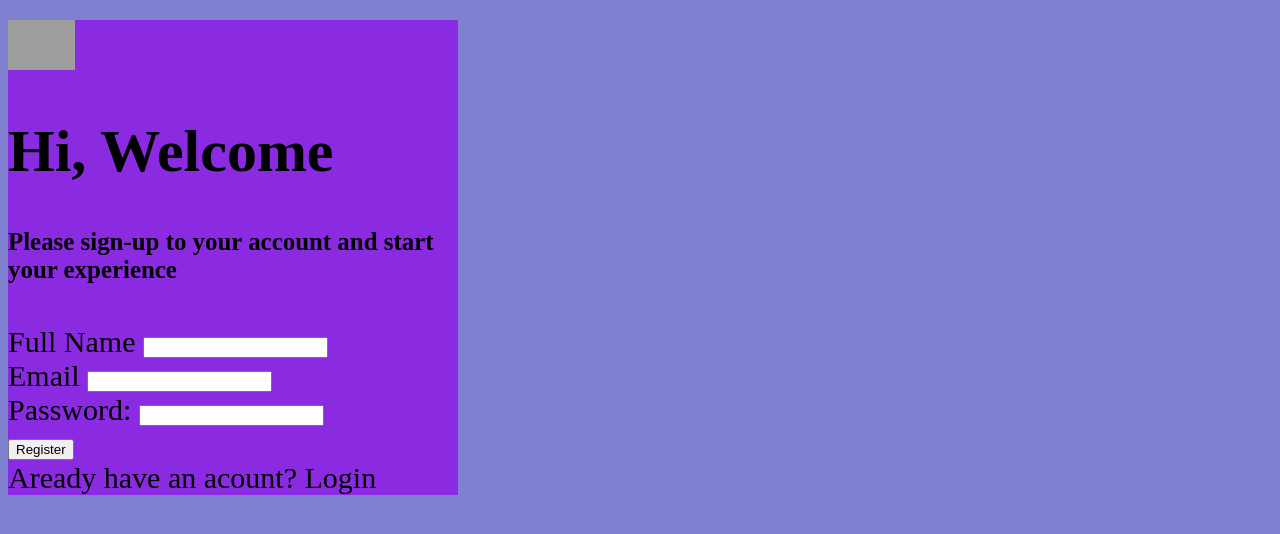
Repository: KingBoyMaylow/movie-task
Page: index.html
These files come from the project's save history. The page is drawn as it stood at one moment and after a run of saves; the edit follows.
The browser window is 1280 px wide. The pictures show the whole page.
Pictures or frames that could not be fetched are drawn as grey boxes.

Above is the page before, as saved 2024-05-18 17:16:25.

After the next 2 saves:
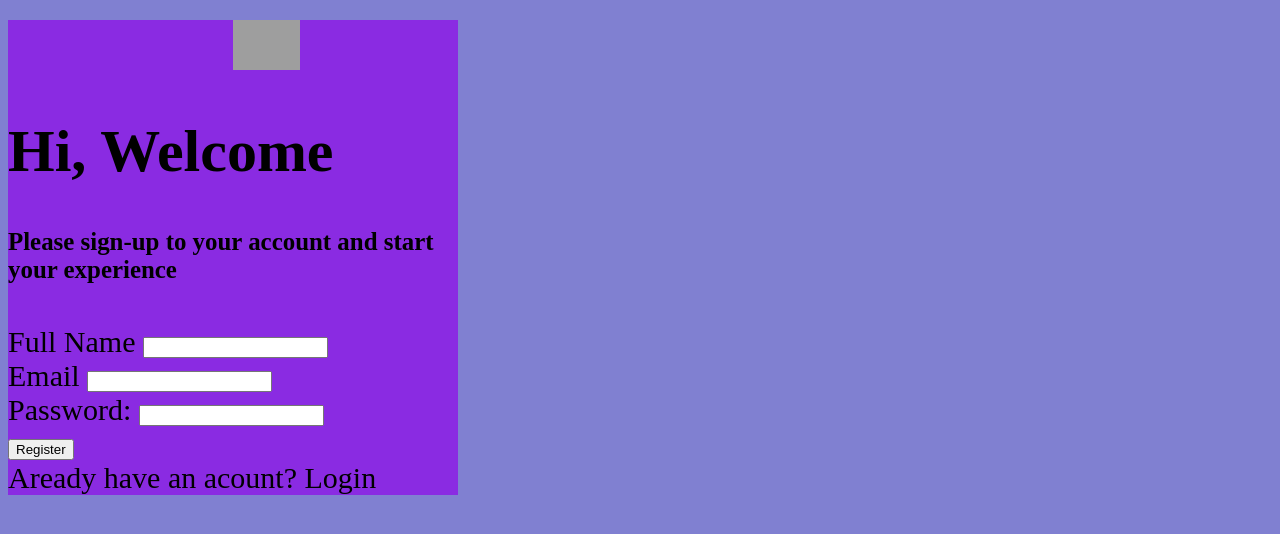
The 2 saves are shown as one change because they came seconds apart.
The last was saved 5 s later.
--- a/html.css
+++ b/html.css
@@ -10,5 +10,5 @@ body{
 img{
     height: 50px;
     cursor: pointer;
-    margin-left: ;
+    margin-left: 50%;
 }
